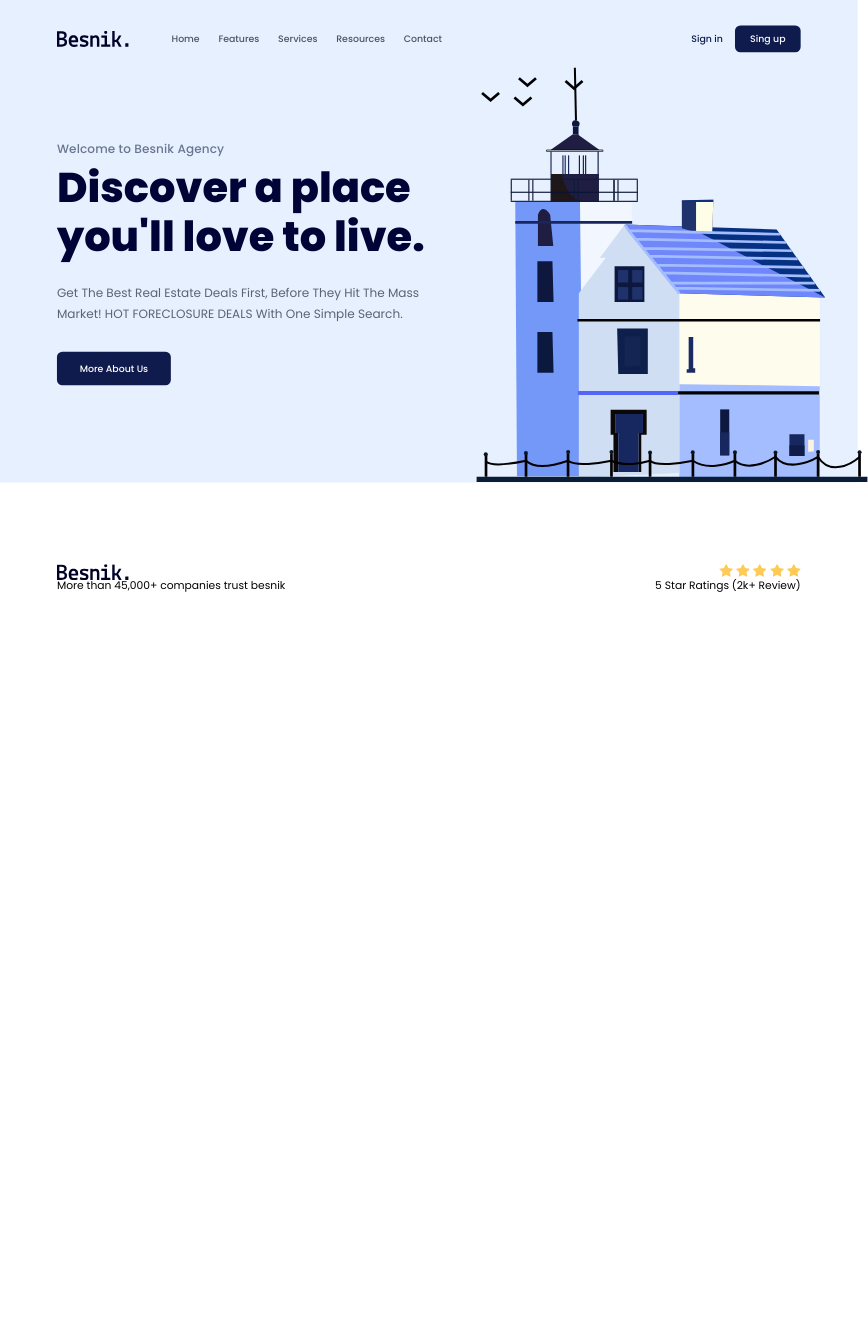
Repository: anhtien111198/f8-htmlcss-01
Page: index.html
The author's editor kept a copy of each file at every save. The page is drawn from the files as they stood at one save, then again after the next save.
The browser window is 1280 px wide. The page is 1295 px wide, so the pictures cover 1295 px, including what lies to the right of the window. The pictures show the whole page, at 67% of full size.

Above is the page before, as saved 2023-04-29 16:29:18.

After the next save:
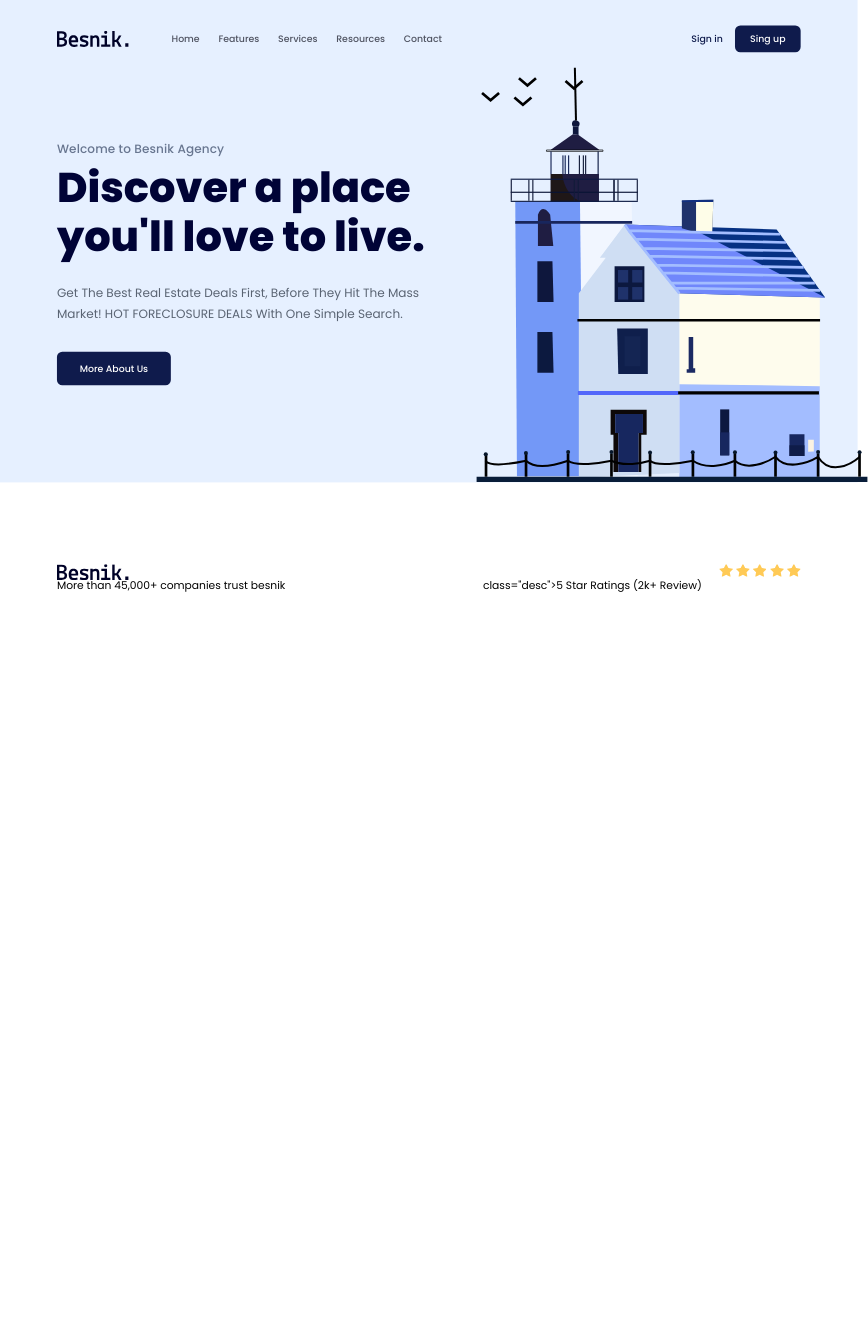
Saved 18 s later.
--- a/index.html
+++ b/index.html
@@ -83,7 +83,7 @@
                         <p class="desc">
                             More than 45,000+ companies trust besnik
                         </p>
-                        <p class="desc">5 Star Ratings (2k+ Review)</p>
+                        </p>class="desc">5 Star Ratings (2k+ Review)</p>
                     </div>
                 </div>
             </div>

After the save that followed:
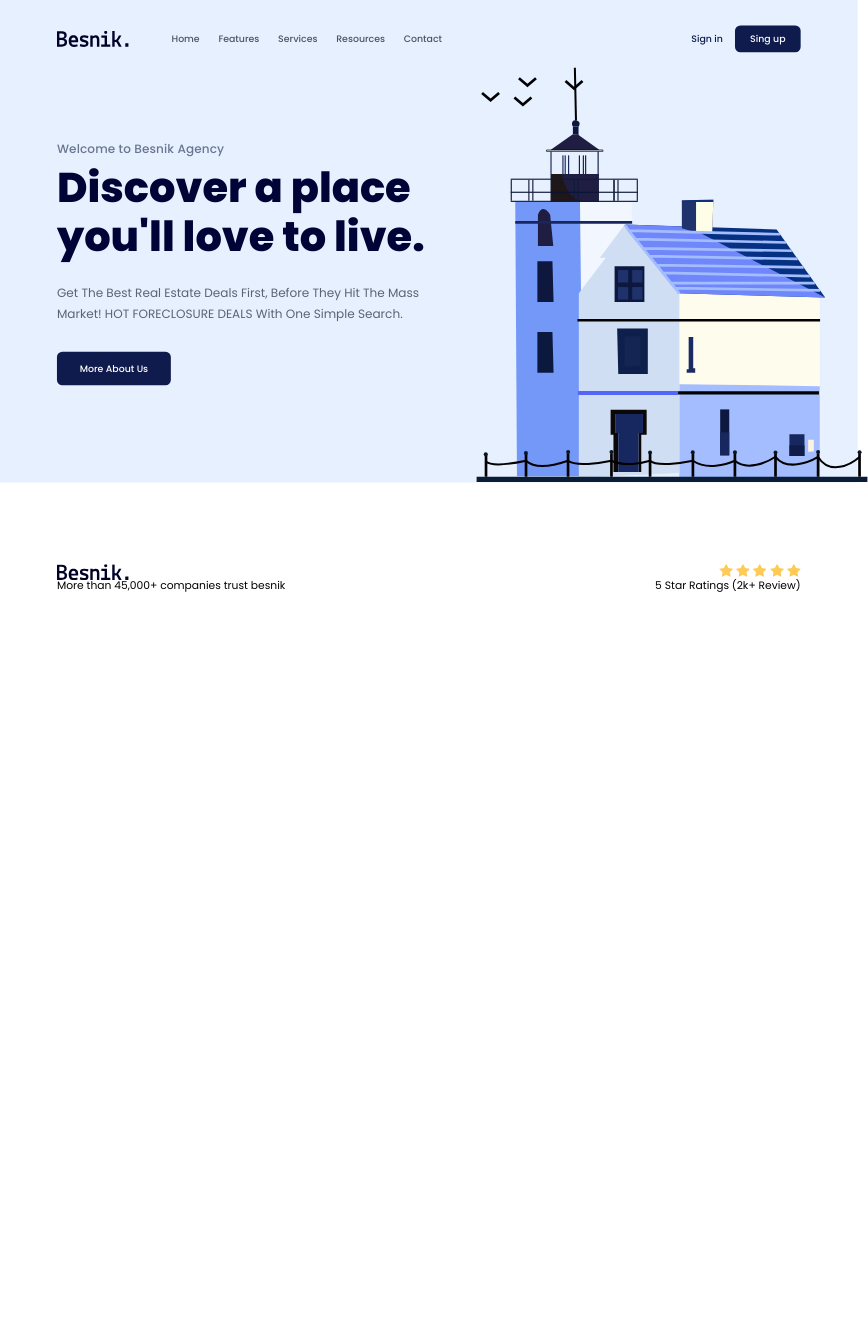
Saved 11 s later.
--- a/index.html
+++ b/index.html
@@ -83,7 +83,7 @@
                         <p class="desc">
                             More than 45,000+ companies trust besnik
                         </p>
-                        </p>class="desc">5 Star Ratings (2k+ Review)</p>
+                        <p class="desc">5 Star Ratings (2k+ Review)</p>
                     </div>
                 </div>
             </div>
